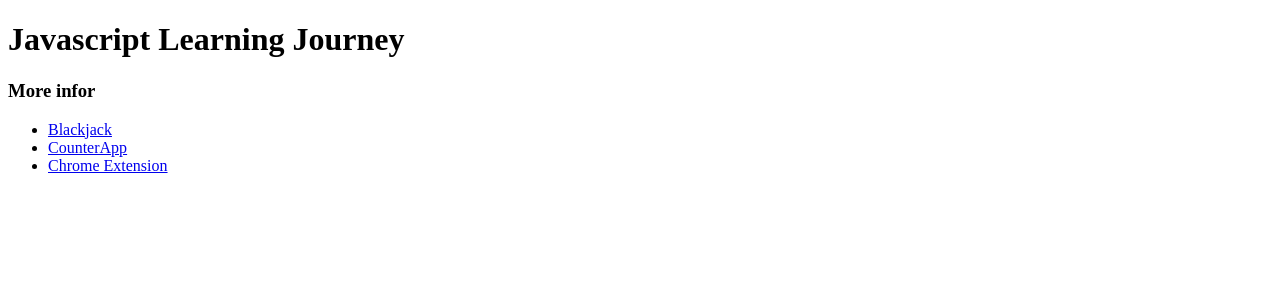
Repository: Siphamandla201/Javascript-Journey
Page: index.html
An editor plug-in stored every save of this project. The page is shown before and after a run of saves, followed by the edit.
The browser window is 1280 px wide. The pictures show the whole page.

Above is the page before, as saved 2023-07-27 16:13:58.

### index.html
<!DOCTYPE html>
<html lang="en">
<head>
    <meta charset="UTF-8">
    <meta name="viewport" content="width=device-width, initial-scale=1.0">
    <title>Document</title>
</head>
<body>
    <h1>
        Javascript Learning Journey
    </h1>
    <h3>
        More infor
    </h3>
    <ul>
        <li><a href="./Blackjack/Blackjack.html">Blackjack</a></li>
        <li><a href="./CounterApp/Counter.html">CounterApp</a></li>
        <li><a href="./Extension/Index.html">Chrome Extension</a></li>
    </ul>
</body>
</html>

After the next 2 saves:
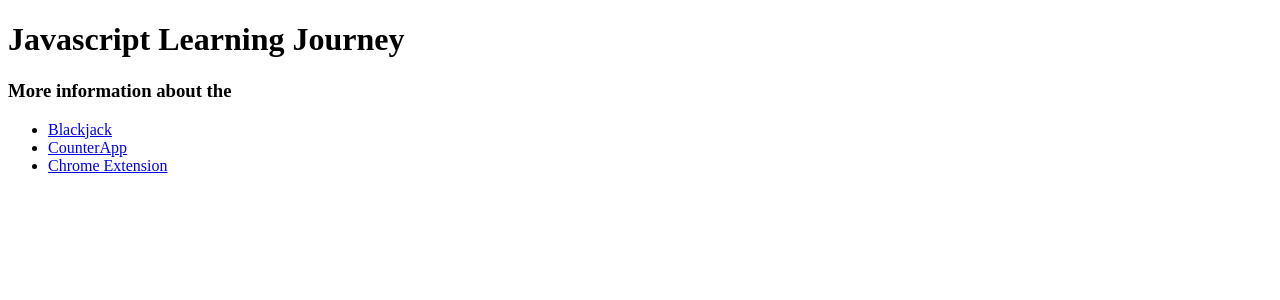
The 2 saves are shown as one change because they came seconds apart.
The last was saved 7 s later.
--- a/index.html
+++ b/index.html
@@ -10,7 +10,7 @@
         Javascript Learning Journey
     </h1>
     <h3>
-        More infor
+        More information about the
     </h3>
     <ul>
         <li><a href="./Blackjack/Blackjack.html">Blackjack</a></li>
